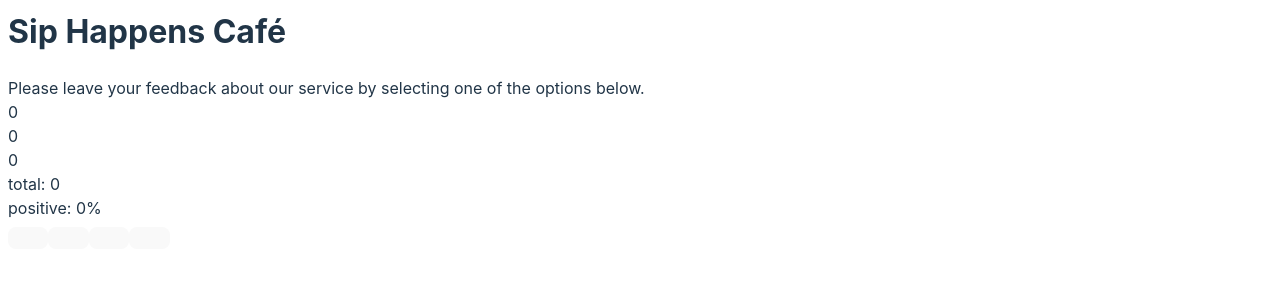
Repository: Evgeniya-Tishakova/goit-react-hw-02
Page: /
The author's editor kept a copy of each file at every save. The page is drawn from the files as they stood at one save, then again after the next save.
The browser window is 1280 px wide. The pictures show the whole page.
The project was rebuilt for these pictures with package versions that can differ from the ones it lists, and the page was loaded fresh each time. Also part of the build but not shown: vite.config.js, src/components/Feedback/Feedback.module.css, src/components/Options/Options.module.css.

Above is the page before, as saved 2025-02-27 21:26:57.

After the next save:
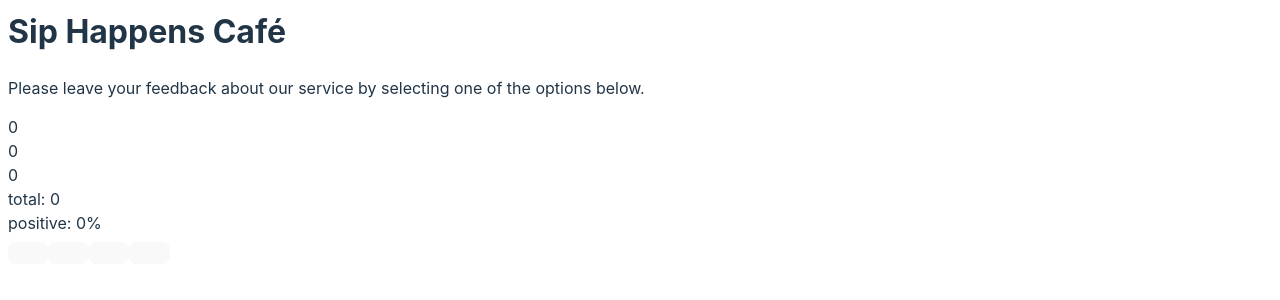
Saved 31 s later.
--- a/src/components/Description/Description.module.css
+++ b/src/components/Description/Description.module.css
@@ -1,3 +1,7 @@
 .title {
     margin-bottom: 20px;
 }
+
+.descr {
+    margin-bottom: 15px;
+}
